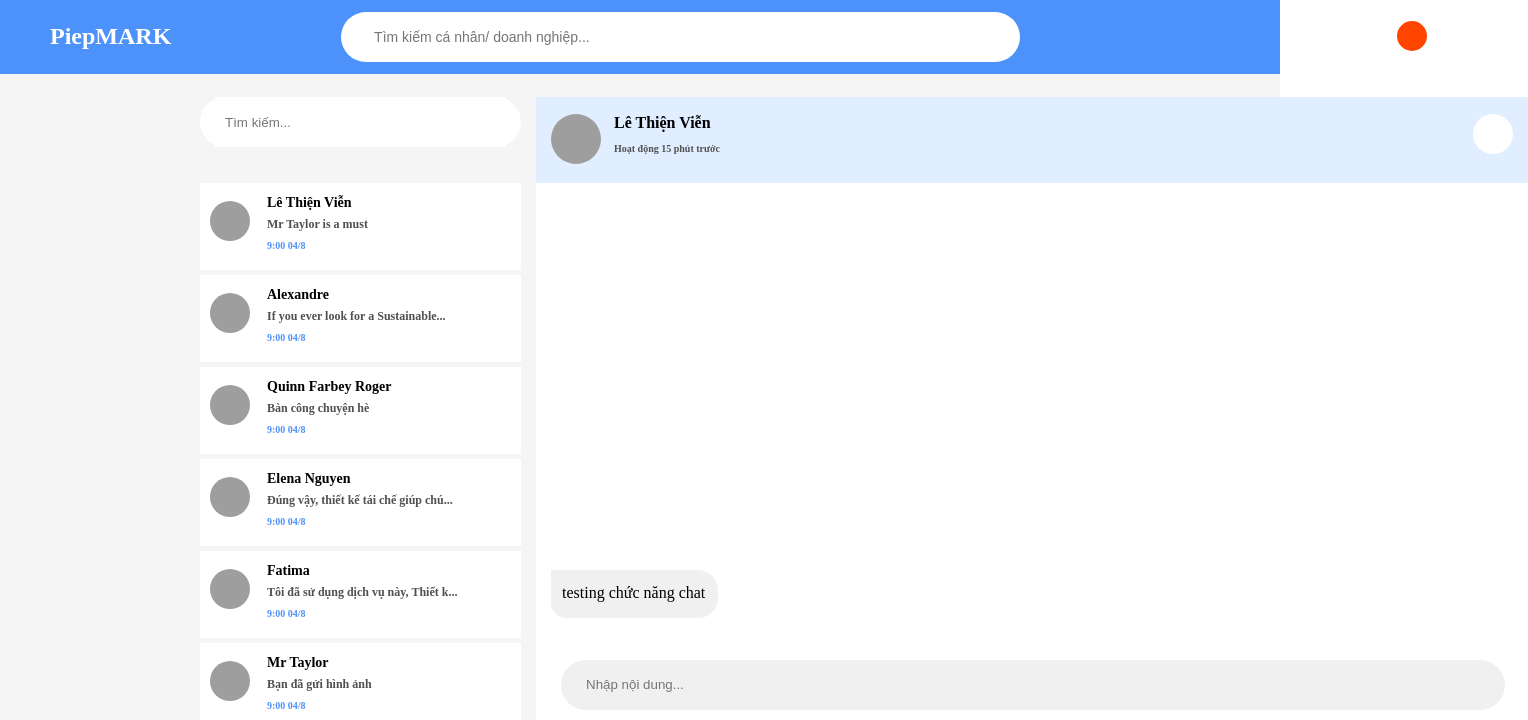
Repository: Jackietruong2805/th-c-t-p
Page: /chatbox/1 (app in vue-laravel-boilerplate/)
An editor plug-in stored every save of this project. The page is shown before and after the next save, followed by the edit.
The browser window is 1280 px wide. The page is 1528 px wide, so the pictures cover 1528 px, including what lies to the right of the window. The pictures show the whole page.
Pictures or frames that could not be fetched are drawn as grey boxes. The project was rebuilt for these pictures with package versions that can differ from the ones it lists, and the page was loaded fresh each time. Also part of the build but not shown: vue-laravel-boilerplate/vite.config.ts, vue-laravel-boilerplate/src/components/DemoComponent.vue.

Above is the page before, as saved 2022-08-26 17:04:57.

### vue-laravel-boilerplate/src/main.ts
import { createApp } from 'vue';
import { createPinia } from 'pinia';

import App from './App.vue';
import router from './router';

const app = createApp(App);

app.use(createPinia());
app.use(router);
app.mount('#app');

### vue-laravel-boilerplate/src/components/ChatBox.vue

<template>
  <div class="chat__top">
    <div class="chat__status">
      <img class="chat__image" :src="image" alt="" />
      <div class="status-wrapper">
        <h2 class="chat__name">{{ name }}</h2>
        <p class="Hot-ng-15-pht-tr">Hoạt động 15 phút trước</p>
      </div>
    </div>
    <div class="chat__Ellipse-21" @click="handleCloseChatBox">
      <button class="button">
        <i class="fa fa-angle-left"></i>
      </button>
    </div>
  </div>
  <div class="chat__content">
    <div class="message-wrapper">
      <ChatMessage
        :message="msg"
        v-for="msg in messageUser"
        :key="msg.fromId"
      ></ChatMessage>
    </div>
  </div>
  <div class="chat__bottom">
    <div class="chat__message">
      <form class="chat__input" @submit.prevent>
        <input
          placeholder="Nhập nội dung..."
          class="message"
          type="text"
          v-model="message"
          ref="inputMessage"
          @keyup.enter="addMessage"
        />
        <div class="chat__icon">
          <button class="button">
            <i class="fa fa-image"></i>
          </button>
          <button class="button">
            <i class="fa fa-grin-alt"></i>
          </button>
          <button
            type="submit"
            class="button sending"
            :disabled="!message"
            @click="addMessage"
          >
            <i class="fa fa-paper-plane" :class="{ 'is-active': message }"></i>
          </button>
        </div>
      </form>
    </div>
  </div>
</template>

<script lang="ts" setup>
/*
  import
*/
import { ref, onMounted } from 'vue';

import { useRoute, useRouter } from 'vue-router';
import ChatMessage from './ChatMessage.vue';

/*
  router
*/

const router = useRouter();

/*
  stores
*/
import { useMemberStore } from '../stores/storemembers';
import { useMessageStore } from '../stores/storemessage';
let image = '';
let name = '';
const route = useRoute();
const memberStore = useMemberStore().members;
let messageStore = useMessageStore().messages;
console.log(messageStore);
memberStore.forEach((member) => {
  if (member.id == parseInt(route.params.id)) {
    image = member.image;
    name = member.name;
  }
});

console.log(messageStore);
console.log([...messageStore]);

let messageUser = [...messageStore].filter(
  (msg) => msg.fromId == route.params.id
);

console.log(messageUser);
/*

  message

*/
let messageSending = '';
let message = ref('');
console.log(message);
let messageAvailable = ref<boolean>(false);

function addMessage() {
  messageSending = message.value;
  let member = {
    fromId: route.params.id,
    name,
    content: messageSending,
  };
  messageUser.push(member);
  messageAvailable.value = true;
  message.value = '';
  inputMessage.value?.focus();
}

const inputMessage = ref<HTMLInputElement | null>(null);

onMounted(() => {
  inputMessage.value?.focus();
});

/*

  Close ChatBox

*/

function handleCloseChatBox() {
  router.push({ path: '/' });
}
</script>

### vue-laravel-boilerplate/src/components/ChatItem.vue
<script lang="ts" setup>
/*
  import
*/

const props = defineProps({
  memberInfo: {
    type: Object,
    required: true,
  },
});
</script>

<template>
  <router-link :to="`/chatbox/${memberInfo.id}`">
    <div class="Rectangle-238">
      <div class="cardmem__ava">
        <img :src="memberInfo.image" alt="ava-1" class="cardmem__img" />
      </div>
      <div class="cardmem__info">
        <h2 class="cardmem__name">{{ memberInfo.name }}</h2>
        <p class="cardmem__text">{{ memberInfo.chatText }}</p>
        <p class="cardmem__date">{{ memberInfo.date }}</p>
      </div>
    </div>
  </router-link>
</template>

### vue-laravel-boilerplate/src/components/ChatList.vue


<script lang="ts" setup>
/*
    import
*/
// import ChatItem from './ChatItem.vue';
import { useMemberStore } from '../stores/storemembers';

/*
  stores

*/

const memberStore = useMemberStore();

const memberList = memberStore.members;
</script>

<template>
  <ChatItem
    v-for="member in memberList"
    :memberInfo="member"
    :key="member.id"
  ></ChatItem>
</template>

### vue-laravel-boilerplate/src/components/ChatMessage.vue
<template>
  <div class="message-content2">{{ message }}</div>
</template>

<script setup lang="ts">
/*
    import
*/
import { useRoute } from 'vue-router';
import { defineProps } from 'vue';

/*
  Route
*/

const route = useRoute();

/*
    Props
*/

const props = defineProps({
  message: {
    type: Object,
  },
});

let message = props.message.content;
</script>

### vue-laravel-boilerplate/src/components/TheChat.vue
<template>
  <div class="chat__container">
    <div class="chat__left">
      <div class="chat__search">
        <i class="fa fa-search"></i>
        <input type="text" placeholder="Tìm kiếm..." />
      </div>
      <div class="chat__list">
        <chat-list></chat-list>
      </div>
    </div>
    <div class="chat__right" :data-key="$route.path">
      <router-view :key="$route.path"></router-view>
    </div>
  </div>
</template>

<script lang="ts">
/*
    import
*/
// import ChatList from './ChatList.vue';
</script>

### vue-laravel-boilerplate/src/components/TheHeader.vue
<template>
  <main class="header">
    <div class="header__left">
      <div class="header__logo">PiepMARK</div>
      <form class="header__form">
        <i class="fa fa-search"></i>
        <input
          type="text"
          class="header__search"
          placeholder="Tìm kiếm cá nhân/ doanh nghiệp..."
        />
      </form>
    </div>
    <div class="header__right">
      <div class="Ellipse-34"></div>
    </div>
  </main>
</template>

### vue-laravel-boilerplate/src/App.vue
<template>
  <header>
    <the-header></the-header>
  </header>
  <section class="chat">
    <the-chat></the-chat>
  </section>
</template>

<script lang="ts" src="./App.vue.ts">
// import
import TheHeader from './components/TheHeader.vue';
import TheChat from './components/TheChat.vue';
</script>

<style lang="scss" >
@import 'styles';
.chat {
  background-color: $bg-gray-1;
  padding: 23px 200px 0 200px;
  flex-grow: 1;
  height: calc(100vh - 74px);
}
</style>

### vue-laravel-boilerplate/src/router/index.ts
import { HOME_ROUTE } from '@/views/home/HomeView.route';
import { createRouter, createWebHistory } from 'vue-router';
import {useMemberStore} from "../stores/storemembers";
import ChatBox from "../components/ChatBox.vue"




const routes = [
  {
    path: "/chatbox/:id",
    name: "member",
    component: ChatBox,
  }
]

const router = createRouter({
  history: createWebHistory(),
  routes,
});

export default router;

### vue-laravel-boilerplate/src/stores/storemembers.ts
import { defineStore } from 'pinia'


interface User {
  name: string;
  status: boolean;
  chatText: string;
  date: string;
  image: string;
}

type memberChat = User;



export const useMemberStore = defineStore({
  id: 'members',
  state: () => {
    return {
      members: [
        {
          id: 1,
          name: 'Lê Thiện Viễn',
          status: false,
          chatText: 'Mr Taylor is a must',
          date: '9:00 04/8',
          image:
            'https://images.unsplash.com/photo-1570295999919-56ceb5ecca61?ixlib=rb-1.2.1&ixid=MnwxMjA3fDB8MHxwaG90by1wYWdlfHx8fGVufDB8fHx8&auto=format&fit=crop&w=880&q=80',
        },
        {
          id: 2,
          name: 'Alexandre',
          status: true,
          chatText: 'If you ever look for a Sustainable...',
          date: '9:00 04/8',
          image:
            'https://images.unsplash.com/photo-1583900985737-6d0495555783?ixlib=rb-1.2.1&ixid=MnwxMjA3fDB8MHxwaG90by1wYWdlfHx8fGVufDB8fHx8&auto=format&fit=crop&w=464&q=80',
        },
        {
          id:  3,
          name: 'Quinn Farbey Roger',
          status: false,
          chatText: 'Bàn công chuyện hè',
          date: '9:00 04/8',
          image:
            'https://images.unsplash.com/photo-1582639590011-f5a8416d1101?ixlib=rb-1.2.1&ixid=MnwxMjA3fDB8MHxwaG90by1wYWdlfHx8fGVufDB8fHx8&auto=format&fit=crop&w=449&q=80',
        },
        {
          id: 4,
          name: 'Elena Nguyen',
          status: true,
          chatText: 'Đúng vậy, thiết kế tái chế giúp chú...',
          date: '9:00 04/8',
          image:
            'https://images.unsplash.com/photo-1575186083127-03641b958f61?ixlib=rb-1.2.1&ixid=MnwxMjA3fDB8MHxzZWFyY2h8MTN8fGhvdCUyMGJpa2luaXxlbnwwfHwwfHw%3D&auto=format&fit=crop&w=500&q=60',
        },
        {
          id: 5,
          name: 'Fatima',
          status: false,
          chatText: 'Tôi đã sử dụng dịch vụ này, Thiết k...',
          date: '9:00 04/8',
          image:
            'https://sohanews.sohacdn.com/160588918557773824/2021/4/28/photo-9-1619575510785681886686.jpg',
        },
        {
          id: 6,
          name: 'Mr Taylor',
          status: false,
          chatText: 'Bạn đã gửi hình ảnh',
          date: '9:00 04/8',
          image:
            'https://kenh14cdn.com/2019/10/19/7269872413639461504308173511299650480050194n-15714426244161741222544.jpg',
        },
      ]
    }
  },
  getters: {
  },
  actions: {

  }
})

### vue-laravel-boilerplate/src/stores/storemessage.ts
import { defineStore } from 'pinia'



export const useMessageStore = defineStore({
  id: 'messages',
  state: () => {
    return {
      messages: [
        {
          fromId: 1,
          name: 'Lê Thiện Viễn',
          content: "testing chức năng chat",
        },
        {
          fromId: 2,
          name: 'Alexandre',
          content: "testing chức năng chat2",
        },
        {
          fromId:  3,
          name: 'Quinn Farbey Roger',
          content: "testing chức năng chat3",
        },
        {
          fromId: 4,
          name: 'Elena Nguyen',
          content: "testing chức năng chat4",
        },
        {
          fromId: 5,
          name: 'Fatima',
          content: "testing chức năng chat5",
        },
        {
          fromId: 6,
          name: 'Mr Taylor',
          content: "testing chức năng chat6",
        },
      ]
    }
  },
  getters: {
  },
  actions: {

  }
})

### vue-laravel-boilerplate/src/styles/_index.scss
// Helpers
@import "./Helpers/variables";
@import "./Helpers/mixin";
@import "./Helpers/extend";
// Base
@import "./Base/reset";

// Layouts
@import "./Layouts/header";
@import "./Layouts/chat";

// Components
@import "./Components/cardmem";

### vue-laravel-boilerplate/src/styles/Helpers/_variables.scss
// color
$color-white-0: #ffffff;
$color-black-0: #000000;
$color-black-1: #505050;
$color-blue-1: #aaccff;
$color-blue-2: #4d92fb;
$color-gray-0: #a9a9a9;
$color-gray-1: #808080;
$color-gray-2: #dcdcdc;

// background
$bg-blue-0: #4d92fb;
$bg-blue-1: #e0eeff;
$bg-white-0: #ffffff;
$bg-green-0: #38c55c;
$bg-gray-0: #f0f0f0;
$bg-gray-1: #f5f5f5;
$bg-red-0: #ff4500;

// fs
$fs-0: 14px;
$fs-1: 12px;
$fs-2: 10px;
// fw
$fw-0: bold;

// margin
$mg-0: 9px;
$mg-1: 6px;
$mg-2: 17px;
$mg-3: 86px;

### vue-laravel-boilerplate/src/styles/Helpers/_mixin.scss
@mixin styleText($color, $fs, $fw) {
    color: $color;
    font-size: $fs;
    font-weight: $fw;
}

@mixin styleAva($size) {
    width: $size;
    height: $size;
    border-radius: 50%;
    object-fit: cover;
}

@mixin borderCircle($size, $bgColor) {
    width: $size;
    height: $size;
    border-radius: 50%;
    background-color: $bgColor;
}

### vue-laravel-boilerplate/src/styles/Helpers/_extend.scss
%flexCenter {
    display: flex;
    justify-content: center;
    align-items: center;
}

### vue-laravel-boilerplate/src/styles/Base/_reset.scss
* {
    padding: 0;
    margin: 0;
    box-sizing: border-box;
}

html,
body {
    height: 100vh;
}

### vue-laravel-boilerplate/src/styles/Layouts/_header.scss
.header {
    height: 74px;
    display: flex;
    align-items: center;
    justify-content: space-between;
    padding: 9px 50px 11px;
    background-color: $bg-blue-0;

    .header__left {
        display: flex;
        align-items: center;
        justify-content: center;
        .header__logo {
            color: $color-white-0;
            font-family: "Dancing Script", cursive;
            font-size: 24px;
            font-weight: bold;
        }
        .header__form {
            width: 679px;
            height: 50px;
            margin: 3px 377px 1px 169.8px;
            padding: 10px 0px 10px 23px;
            border-radius: 100px;
            background-color: $bg-white-0;
            display: flex;
            align-items: center;
            i {
                font-size: 30px;
                flex-grow: 0;
            }
            .header__search {
                border: 0;
                flex: 1;
                margin-left: 10px;
                background-color: transparent;
                height: 50px;
                &:focus {
                    outline: 0;
                }
                &[placeholder] {
                    font-size: 14px;
                    color: $color-gray-0;
                }
            }
        }
    }
    .header__right {
        display: flex;
        .Ellipse-34 {
            width: 30px;
            height: 30px;
            padding: 5.3px 6.3px 7.3px;
            justify-self: end;
            background-color: $bg-red-0;
            width: 30px;
            height: 30px;
            border-radius: 50%;
        }
    }
}

### vue-laravel-boilerplate/src/styles/Layouts/_chat.scss
.chat__container {
    display: flex;
    height: 100%;
    .chat__left {
        flex-grow: 0;
        height: 100%;
        display: flex;
        flex-direction: column;
        .chat__search {
            height: 50px;
            border-radius: 100px;
            background-color: $color-white-0;
            padding: 15px;
            display: flex;
            align-items: center;
            margin-bottom: $mg-2 + 1;
            flex-grow: 0;
            position: fixed;
            z-index: 10;
            width: 321px;
            & i {
                color: $color-gray-0;
                font-size: 25px;
            }
            input {
                height: 50px;
                border: 0;
                flex-grow: 1;
                padding: 0 0 0 10px;
                &:focus {
                    outline: none;
                }
                &[placeholder] {
                    color: $color-gray-0;
                }
            }
        }
        .chat__list {
            margin-top: $mg-3;
            flex: 1;
            overflow: auto;
            max-width: 321px;
            overflow-y: auto;
            overflow-x: hidden;
            & > * {
                text-decoration: none;
            }
        }
    }
    .chat__right {
        flex: 1;
        display: flex;
        flex-direction: column;
        padding-left: 15px;
        .chat__top {
            display: flex;
            height: 86px;
            padding: 17px 15px 19px;
            justify-content: space-between;
            background-color: $bg-blue-1;
            flex-grow: 0;
            .chat__status {
                display: flex;
                flex-grow: 0;
                .chat__image {
                    @include styleAva(50px);
                }
                .status-wrapper {
                    padding-left: 13px;
                    .chat__name {
                        @include styleText($color-black-0, $fs-0 + 2, $fw-0);
                        margin-bottom: $mg-0 + 2;
                    }
                    .Hot-ng-15-pht-tr {
                        @include styleText($color-black-1, $fs-2, $fw-0);
                    }
                }
            }
            .chat__Ellipse-21 {
                @extend %flexCenter;
                color: $color-blue-2;
                @include borderCircle(40px, $bg-white-0);
                cursor: pointer;
                .button {
                    border: 0;
                    background-color: transparent;
                }
            }
        }
        .chat__content {
            padding: 17px 15px 17px 15px;
            background-color: $bg-white-0;
            flex: 1;
            overflow-y: auto;
            overflow-x: hidden;
            display: flex;
            flex-direction: column-reverse;
            .message-content {
                background-color: $bg-blue-0;
                max-width: 529px;
                width: fit-content;
                border-radius: 20px 15px 0px 20px;
                padding: 14px 13px 16px 11px;
                margin-left: auto;
                word-break: break-word;
                color: $color-white-0;
                margin-bottom: 15px;
            }
            .message-content2 {
                background-color: $bg-gray-0;
                max-width: 529px;
                width: fit-content;
                border-radius: 0 20px 20px 15px;
                padding: 14px 13px 16px 11px;
                margin-right: auto;
                word-break: break-word;
                color: $color-black-0;
                margin-bottom: 15px;
            }
        }
        .chat__bottom {
            display: flex;
            flex-direction: column;
            flex-grow: 0;
            .chat__content {
                background-color: $bg-white-0;
                flex-grow: 1;
            }
            .chat__message {
                flex: 0;
                height: 134px;
                width: 992px;
                background-color: $bg-white-0;
                padding: 10px 22.6px 10.4px 25px;
                .chat__input {
                    display: flex;
                    align-items: center;
                    justify-content: space-between;
                    background-color: $bg-gray-0;
                    height: 50px;
                    padding: 10px 22.6px 10.4px 25px;
                    border-radius: 100px;
                    .message {
                        flex: 1;
                        border: none;
                        background-color: transparent;
                        height: 50px;
                        padding-right: 12px;
                        &:focus {
                            outline: 0;
                        }
                    }
                }
                .chat__icon {
                    width: 60px;
                    display: flex;
                    justify-content: space-between;
                    align-items: center;
                    flex-grow: 0;
                    .button {
                        border: 0;
                        color: $color-gray-1;
                    }
                    .sending {
                        color: #dcdcdc;
                    }
                    .is-active {
                        color: $bg-blue-0;
                    }
                }
            }
        }
    }
}

### vue-laravel-boilerplate/src/styles/Components/_cardmem.scss
.Rectangle-238 {
    width: 321px;
    height: 87px;
    display: flex;
    align-items: center;
    background-color: $bg-white-0;
    padding: 9px 27px 17px 10px;
    margin-bottom: $mg-1 - 1;
    .cardmem__ava {
        align-self: flex-start;
        margin-top: $mg-0;
        .cardmem__img {
            @include styleAva(40px);
            flex-grow: 0;
        }
    }
    .cardmem__info {
        flex: 1;
        margin-left: $mg-2;
        .cardmem__name {
            @include styleText($color-black-0, $fs-0, $fw-0);
            margin-bottom: $mg-1;
        }
        .cardmem__text {
            @include styleText($color-black-1, $fs-1, $fw-0);
            margin-bottom: $mg-1 + 2;
        }
        .cardmem__date {
            @include styleText($color-blue-2, $fs-2, $fw-0);
        }
    }
}

### vue-laravel-boilerplate/src/App.vue.ts
import { defineComponent } from 'vue';
export default defineComponent({});

After the next save:
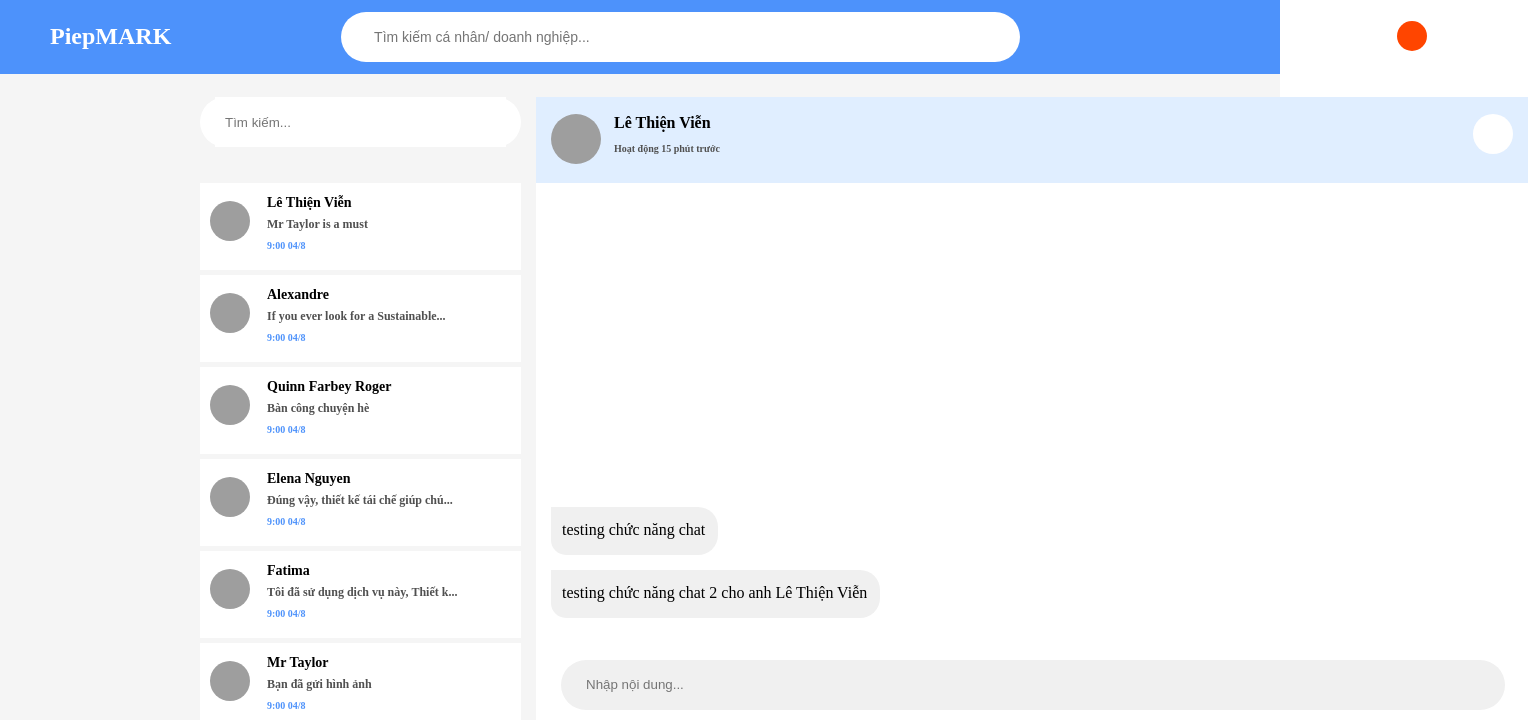
Saved 8 min 32 s later.
--- a/vue-laravel-boilerplate/src/stores/storemessage.ts
+++ b/vue-laravel-boilerplate/src/stores/storemessage.ts
@@ -12,6 +12,11 @@ export const useMessageStore = defineStore({
           name: 'Lê Thiện Viễn',
           content: "testing chức năng chat",
         },
+        {
+            fromId: 1,
+            name: 'Lê Thiện Viễn',
+            content: "testing chức năng chat 2 cho anh Lê Thiện Viễn",
+          },
         {
           fromId: 2,
           name: 'Alexandre',
